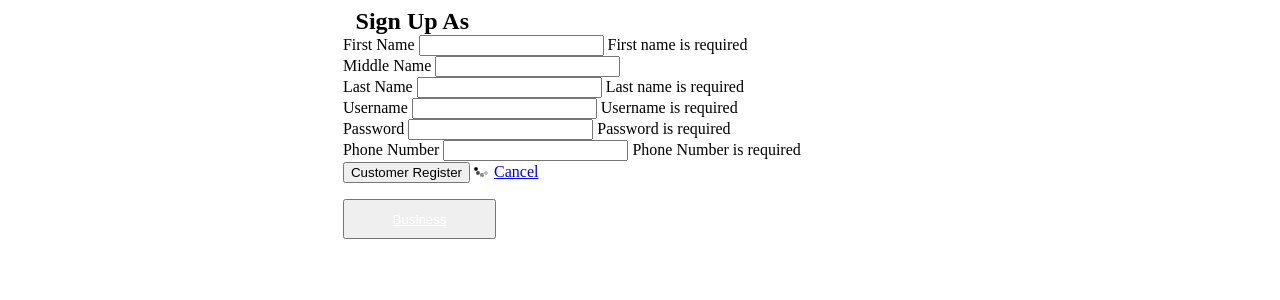
Repository: jsah9105/goandbook
Page: http://localhost/letgetbook/view/signupPage.jsp
The author's editor kept a copy of each file at every save. The page is drawn from the files as they stood at one save, then again after the next save.
The browser window is 1280 px wide. The pictures show the whole page.
The page is served by Tomcat 9. Other server files are loaded and not shown.

Above is the page before, as saved 2017-01-08 03:31:37.

### letgetbook/src/main/webapp/view/signupPage.jsp
<section id="section1">

	<div class="container">
		<div style="width: 50%; margin: auto;">
			<h2 style="color: black; margin: auto; margin-left: 5%;">Sign Up As</h2>

			<div class="form-actions" style="margin: auto; margin-left: 3%">
			<form name="form" ng-submit="vm.register()" role="form">
        <table>
        <div class="form-group" ng-class="{ 'has-error': form.custFirstName.$dirty && form.custFirstName.$error.required }">
            <label for="custFirstName"> First Name</label>
            <input type="text" name="custFirstName" id="custFirstName" class="form-control" ng-model="vm.user.custFirstName" required />
            <span ng-show="form.custFirstName.$dirty && form.custFirstName.$error.required" class="help-block">First name is required</span>
        </div>
        <div class="form-group" >
            <label for="custMiddleName">Middle Name</label>
            <input type="text" name="custMiddleName" id="custMiddleName" class="form-control" ng-model="vm.user.custMiddleName"  />
        </div>
        <div class="form-group" ng-class="{ 'has-error': form.custLastName.$dirty && form.custLastName.$error.required }">
            <label for="custLastName"> Last Name</label>
            <input type="text" name="custFirstName" id="custLastName" class="form-control" ng-model="vm.user.custLastName" required />
            <span ng-show="form.custLastName.$dirty && form.custLastName.$error.required" class="help-block">Last name is required</span>
        </div>
        <div class="form-group" ng-class="{ 'has-error': form.username.$dirty && form.userName.$error.required }">
            <label for="userName">Username</label>
            <input type="text" name="username" id="userName" class="form-control" ng-model="vm.user.userName" required />
            <span ng-show="form.username.$dirty && form.userName.$error.required" class="help-block">Username is required</span>
        </div>
        <div class="form-group" ng-class="{ 'has-error': form.password.$dirty && form.password.$error.required }">
            <label for="password">Password</label>
            <input type="password" name="password" id="password" class="form-control" ng-model="vm.user.password" required />
            <span ng-show="form.password.$dirty && form.password.$error.required" class="help-block">Password is required</span>
        </div>
        <div class="form-group" ng-class="{ 'has-error': form.password.$dirty && form.password.$error.required }">
            <label for="phone">Phone Number</label>
            <input type="text" name="phone1" id="phone1" class="form-control" ng-model="vm.user.phone1" required />
            <span ng-show="form.phone1.$dirty && form.phone1.$error.required" class="help-block">Phone Number is required</span>
        </div>

        <div class="form-actions">
            <button type="submit" ng-disabled="form.$invalid || vm.dataLoading" class="btn btn-primary">Customer Register</button>
            <img ng-if="vm.dataLoading" src="data:[embedded picture, 922 characters]" />
            <a href="#/" class="btn btn-link">Cancel</a>
        </div>
        </table>
    </form>


			</div>
			<div class="form-actions" style="margin: auto; margin-left: 3%">
				<button class="btn btn-primary" style="width: 25%; height: 40px;">
					<a href="#sellerpersonalInfo" style="color: white;">Business</a>
				</button>
			</div>



		</div>
	</div>
</section>

After the next save:
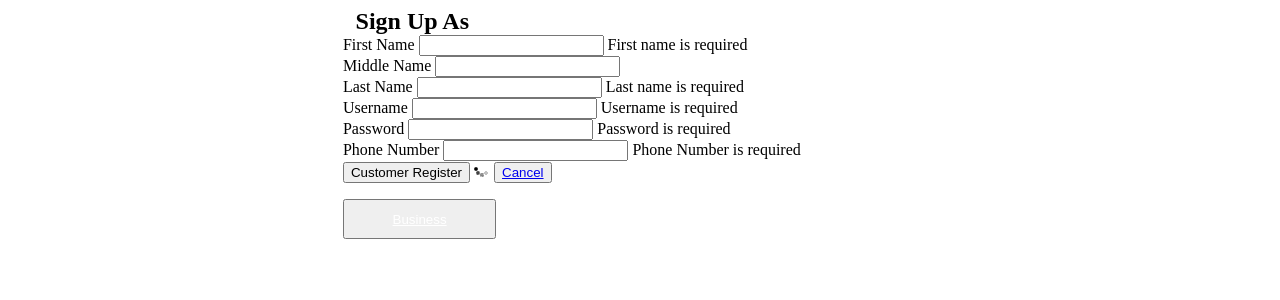
Saved 4 min 39 s later.
--- a/letgetbook/src/main/webapp/view/signupPage.jsp
+++ b/letgetbook/src/main/webapp/view/signupPage.jsp
@@ -40,7 +40,8 @@
         <div class="form-actions">
             <button type="submit" ng-disabled="form.$invalid || vm.dataLoading" class="btn btn-primary">Customer Register</button>
             <img ng-if="vm.dataLoading" src="data:[embedded picture, 922 characters]" />
-            <a href="#/" class="btn btn-link">Cancel</a>
+            <button class="btn btn-primary"><a href="#/" class="btn btn-link">Cancel</a></button>
+
         </div>
         </table>
     </form>
